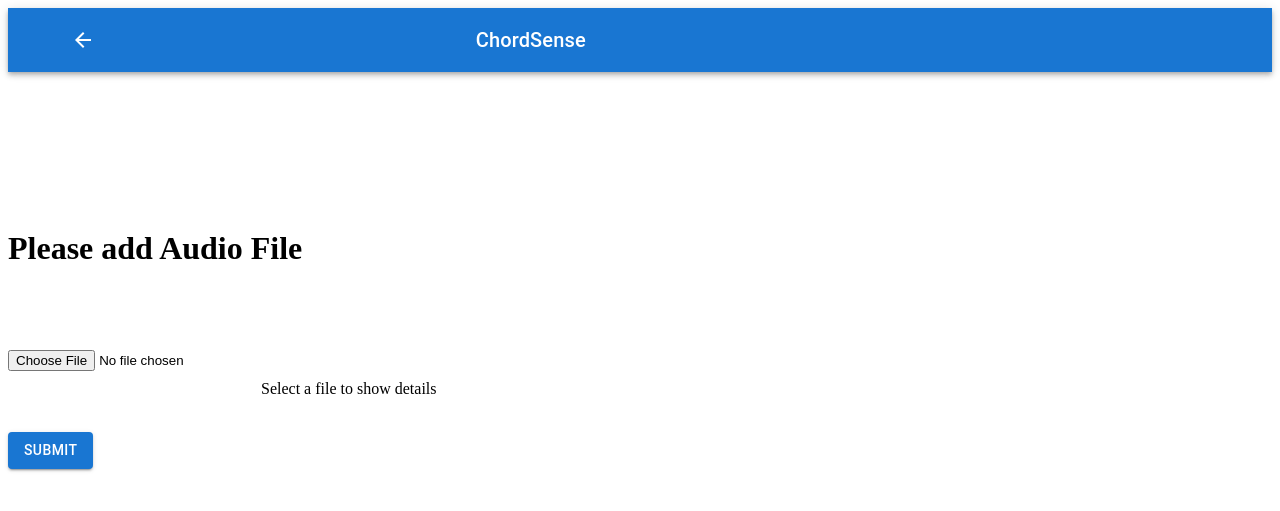
Repository: shamu332/ChordSense
Page: / (app in ui/)
An editor plug-in stored every save of this project. The page is shown before and after the next save, followed by the edit.
The browser window is 1280 px wide. The pictures show the whole page.
The project was rebuilt for these pictures with package versions that can differ from the ones it lists, and the page was loaded fresh each time. Also part of the build but not shown: ui/src/pages/Results.js.

Above is the page before, as saved 2023-03-11 15:33:31.

After the next save:
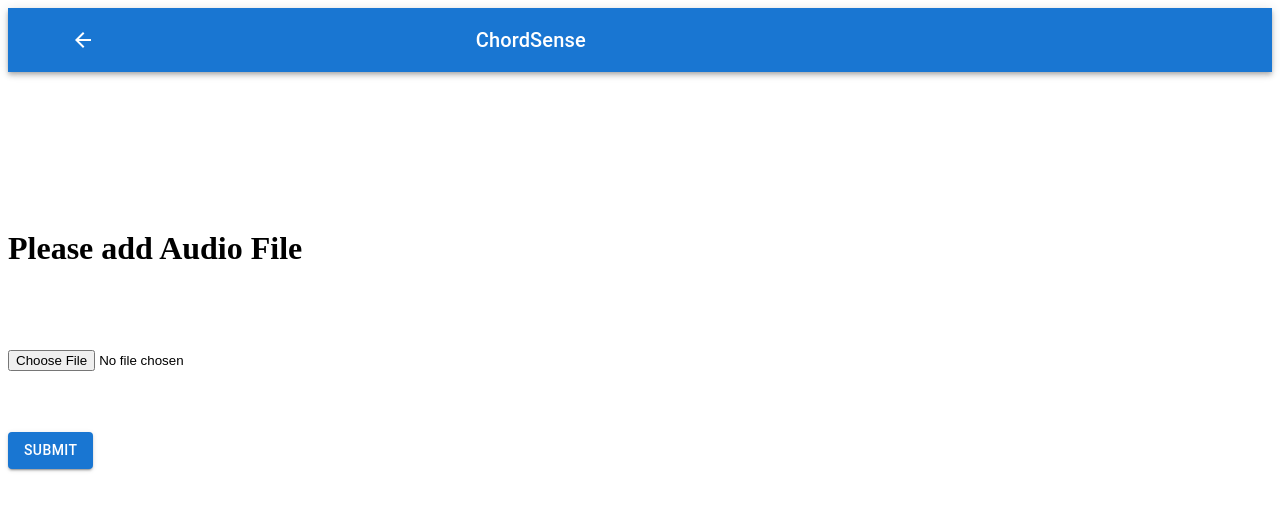
Saved 41 s later.
--- a/ui/src/pages/Landing.js
+++ b/ui/src/pages/Landing.js
@@ -72,10 +72,7 @@ const handleSubmission = () => {
                         </p>
                     </div>
                 ) : (
-                    <p style ={{
-                        position:'relative',
-                        top: '20%'
-                    }}>Select a file to show details</p>
+                    <p></p>
                 )}
           </div>
           <div
